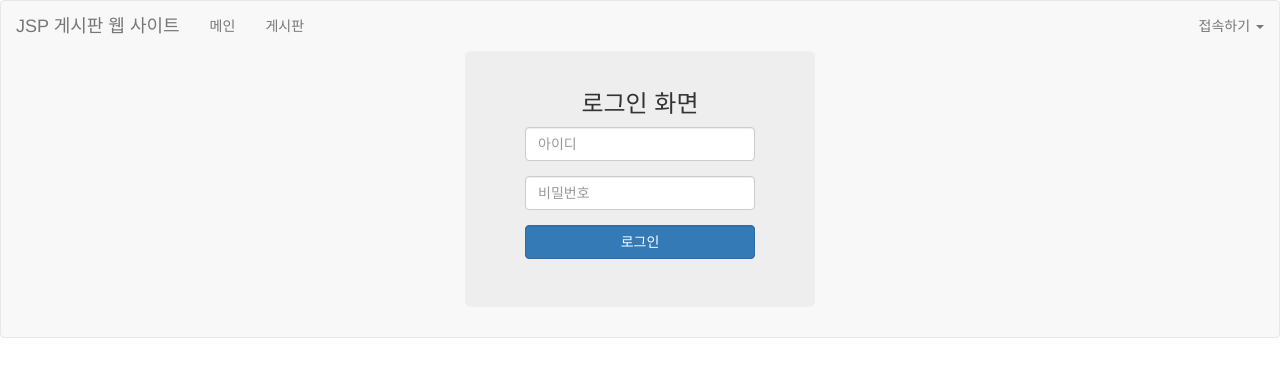
Repository: GorillaDunk/JSP
Page: http://localhost/BBS/login.jsp
These files come from the project's save history. The page is drawn as it stood at one moment and after the next save; the edit follows.
The browser window is 1280 px wide. The pictures show the whole page.
Some web libraries are served in a nearby version. The page is served by Tomcat 9.

Above is the page before, as saved 2023-10-14 04:43:45.

After the next save:
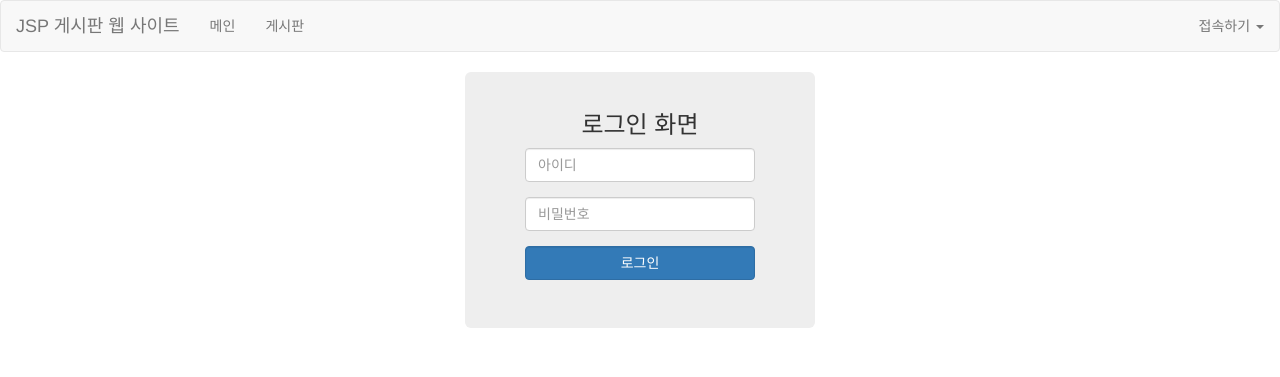
Saved 19 s later.
--- a/projects/BBS/src/main/webapp/login.jsp
+++ b/projects/BBS/src/main/webapp/login.jsp
@@ -42,6 +42,7 @@
 				</li>
 			</ul>
 		</div>
+	</nav>
 
 	<div class="container">
 		<div class="col-lg-4"></div>
@@ -63,8 +64,6 @@
 
 
 
-	</nav>
-
 
 	<script src="https://code.jquery.com/jquery-3.1.1.min.js"></script>
 	<script src="js/bootstrap.js"></script>
